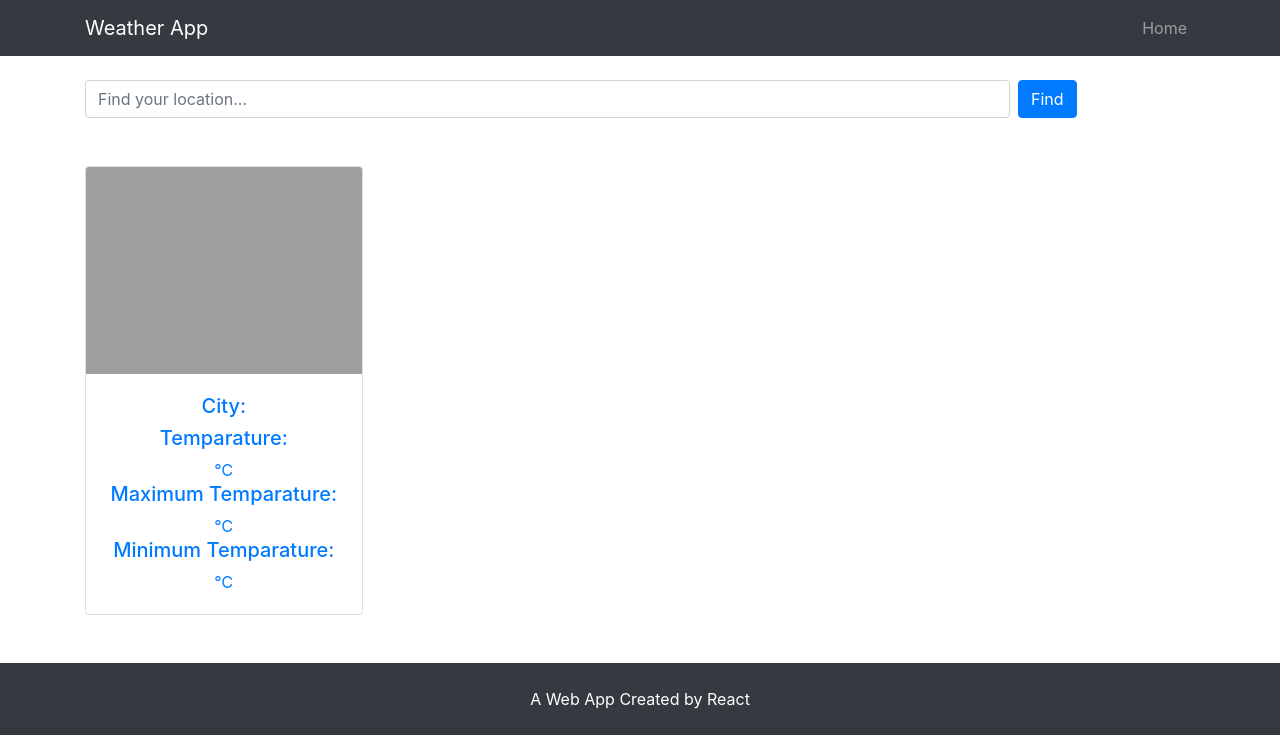
Repository: smk87/weather-app-react
Page: /
These files come from the project's save history. The page is drawn as it stood at one moment and after the next save; the edit follows.
The browser window is 1280 px wide. The pictures show the whole page.
Pictures or frames that could not be fetched are drawn as grey boxes. The page's requests for data from a server got no answer. Some web libraries are served in a nearby version. The project was rebuilt for these pictures with package versions that can differ from the ones it lists, and the page was loaded fresh each time. A package was used in the major version that the imports need, not the one package.json lists. No one was signed in, and anything a server would have sent is missing.

Above is the page before, as saved 2019-02-06 16:58:30.

### public/index.html
<!DOCTYPE html>
<html lang="en">
  <head>
    <meta charset="utf-8" />
    <link rel="shortcut icon" href="%PUBLIC_URL%/favicon.ico" />
    <meta
      name="viewport"
      content="width=device-width, initial-scale=1, shrink-to-fit=no"
    />
    <meta name="theme-color" content="#000000" />
    <!--
      manifest.json provides metadata used when your web app is added to the
      homescreen on Android. See https://developers.google.com/web/fundamentals/web-app-manifest/
    -->
    <link rel="manifest" href="%PUBLIC_URL%/manifest.json" />
    <link
      rel="stylesheet"
      href="https://stackpath.bootstrapcdn.com/bootstrap/4.2.1/css/bootstrap.min.css"
      integrity="sha384-GJzZqFGwb1QTTN6wy59ffF1BuGJpLSa9DkKMp0DgiMDm4iYMj70gZWKYbI706tWS"
      crossorigin="anonymous"
    />
    <script
      defer
      src="https://use.fontawesome.com/releases/v5.6.3/js/all.js"
      integrity="sha384-EIHISlAOj4zgYieurP0SdoiBYfGJKkgWedPHH4jCzpCXLmzVsw1ouK59MuUtP4a1"
      crossorigin="anonymous"
    ></script>
    <!--
      Notice the use of %PUBLIC_URL% in the tags above.
      It will be replaced with the URL of the `public` folder during the build.
      Only files inside the `public` folder can be referenced from the HTML.

      Unlike "/favicon.ico" or "favicon.ico", "%PUBLIC_URL%/favicon.ico" will
      work correctly both with client-side routing and a non-root public URL.
      Learn how to configure a non-root public URL by running `npm run build`.
    -->
    <title>React App</title>
  </head>
  <body>
    <noscript>You need to enable JavaScript to run this app.</noscript>
    <div id="root"></div>
    <!--
      This HTML file is a template.
      If you open it directly in the browser, you will see an empty page.

      You can add webfonts, meta tags, or analytics to this file.
      The build step will place the bundled scripts into the <body> tag.

      To begin the development, run `npm start` or `yarn start`.
      To create a production bundle, use `npm run build` or `yarn build`.
    -->

    <script
      src="https://code.jquery.com/jquery-3.3.1.slim.min.js"
      integrity="sha384-q8i/X+965DzO0rT7abK41JStQIAqVgRVzpbzo5smXKp4YfRvH+8abtTE1Pi6jizo"
      crossorigin="anonymous"
    ></script>
    <script
      src="https://cdnjs.cloudflare.com/ajax/libs/popper.js/1.14.6/umd/popper.min.js"
      integrity="sha384-wHAiFfRlMFy6i5SRaxvfOCifBUQy1xHdJ/yoi7FRNXMRBu5WHdZYu1hA6ZOblgut"
      crossorigin="anonymous"
    ></script>
    <script
      src="https://stackpath.bootstrapcdn.com/bootstrap/4.2.1/js/bootstrap.min.js"
      integrity="sha384-B0UglyR+jN6CkvvICOB2joaf5I4l3gm9GU6Hc1og6Ls7i6U/mkkaduKaBhlAXv9k"
      crossorigin="anonymous"
    ></script>
  </body>
</html>

### src/App.js
import React, { Component } from "react";
import { BrowserRouter as Router, Route, Switch } from "react-router-dom";
import logo from "./logo.svg";
import "./App.css";

//Import Layout Components
import NavBar from "./components/NavBar";
import Footer from "./components/Footer";
import Home from "./components/Home";

class App extends Component {
  render() {
    return (
      <Router>
        <div className="App">
          <NavBar />
          <Route exact path="/" component={Home} />
          <Footer />
        </div>
      </Router>
    );
  }
}

export default App;

### src/components/NavBar.js
import React, { Component } from "react";
import { Link } from "react-router-dom";

export default class NavBar extends Component {
  render() {
    return (
      <div>
        <nav className="navbar navbar-expand-sm navbar-dark bg-dark mb-4">
          <div className="container">
            <Link className="navbar-brand" to="/">
              Weather App
            </Link>
            <button
              className="navbar-toggler"
              type="button"
              data-toggle="collapse"
              data-target="#mobile-nav"
            >
              <span className="navbar-toggler-icon" />
            </button>

            <div className="collapse navbar-collapse" id="mobile-nav">
              <ul className="navbar-nav mr-auto" />
              <ul className="navbar-nav ml-auto">
                <li className="nav-item">
                  <Link className="nav-link" to="/">
                    Home
                  </Link>
                </li>
              </ul>
            </div>
          </div>
        </nav>
      </div>
    );
  }
}

### src/components/Footer.js
import React from "react";

export default function Footer() {
  return (
    <footer className="bg-dark text-white mt-5 p-4 text-center">
      A Web App Created by React
    </footer>
  );
}

### src/components/Home.js
import React, { Component } from "react";
import { Link } from "react-router-dom";
import Weather from "./Weather";

export default class Home extends Component {
  constructor() {
    super();

    this.state = {
      search: ""
    };
  }
  onChange = e => {
    this.setState({
      [e.target.name]: e.target.value
    });
  };
  onSubmit = e => {
    e.preventDefault();
    console.log(this.state);
  };

  render() {
    return (
      <div>
        <div className="container">
          <form onSubmit={this.onSubmit} action="#" className="form-inline">
            <input
              type="text"
              name="search"
              className="form-control col-md-10"
              placeholder="Find your location..."
              value={this.state.search}
              onChange={this.onChange}
            />
            <input
              type="submit"
              className="ml-2 btn btn-primary"
              value="Find"
            />
          </form>
          <Link to="/weather/:woeid">
            <Weather id="2344116" />
          </Link>
        </div>
      </div>
    );
  }
}

### src/components/Weather.js
import React, { Component } from "react";
import axios from "axios";

export default class Weather extends Component {
  constructor() {
    super();

    this.state = {
      cityname: "",
      id: "",
      temp: "",
      maxtemp: "",
      mintemp: "",
      icon: ""
    };
  }

  componentWillMount() {
    this.setState({ id: this.props.id });

    const url = `weather/weather.php?command=location&woeid=${this.props.id}`;
    console.log(url);
    axios
      .get(url) //Used proxy to connect with local wamp server
      .then(res => {
        console.log(res.data);
        this.setState({
          cityname: res.data.title,
          temp: res.data.consolidated_weather[0].the_temp.toPrecision(3),
          maxtemp: res.data.consolidated_weather[0].max_temp.toPrecision(3),
          mintemp: res.data.consolidated_weather[0].min_temp.toPrecision(3)
        });
      })
      .catch(err => console.log(err));
  }

  render() {
    return (
      <div className="mt-5 mr-2 h-50 w-25 card">
        <div>
          <img
            src="http://3.bp.blogspot.com/-9j20aNDWQFk/UQgZBMrATQI/AAAAAAAAlXM/b2d4T6ZvFbo/s1600/598.jpg"
            className="card-img-top"
            alt="..."
          />
        </div>
        <div className="card-body">
          <div className="card-text">
            <h5>City: </h5> {this.state.cityname}
          </div>
          <div className="card-text">
            <h5>Temparature: </h5> {this.state.temp}
            <span>&#8451;</span>
          </div>
          <div className="card-text">
            {" "}
            <h5>Maximum Temparature: </h5> {this.state.maxtemp}
            <span>&#8451;</span>
          </div>
          <div className="card-text">
            {" "}
            <h5>Minimum Temparature: </h5>
            {this.state.mintemp}
            <span>&#8451;</span>
          </div>
          <icon className="lr" />
        </div>
      </div>
    );
  }
}

Loaded but not shown: src/index.js (common file); src/index.css (common file); src/serviceWorker.js (common file); src/App.css (common file)

After the next save:
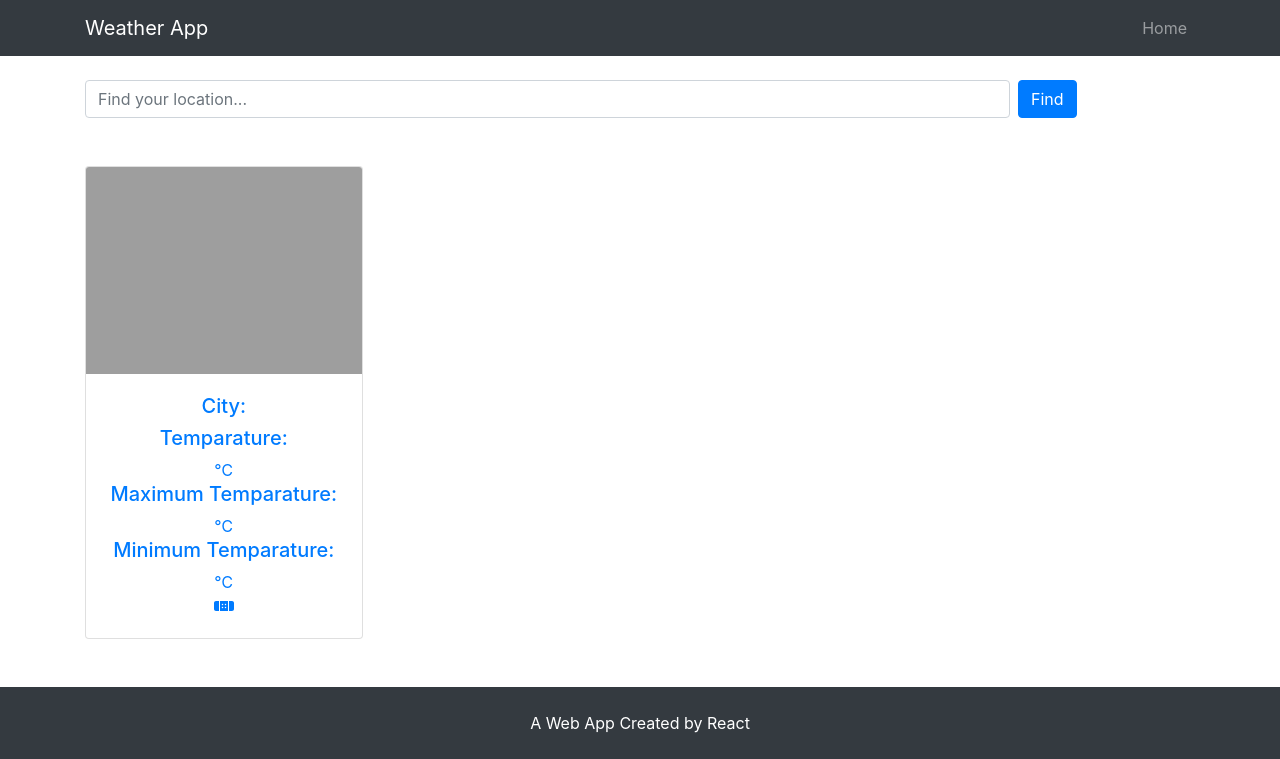
Saved 38 s later.
--- a/src/components/Weather.js
+++ b/src/components/Weather.js
@@ -63,7 +63,7 @@
             {this.state.mintemp}
             <span>&#8451;</span>
           </div>
-          <icon className="lr" />
+          <icon className="fas fa-band-aid" />
         </div>
       </div>
     );

After the save that followed:
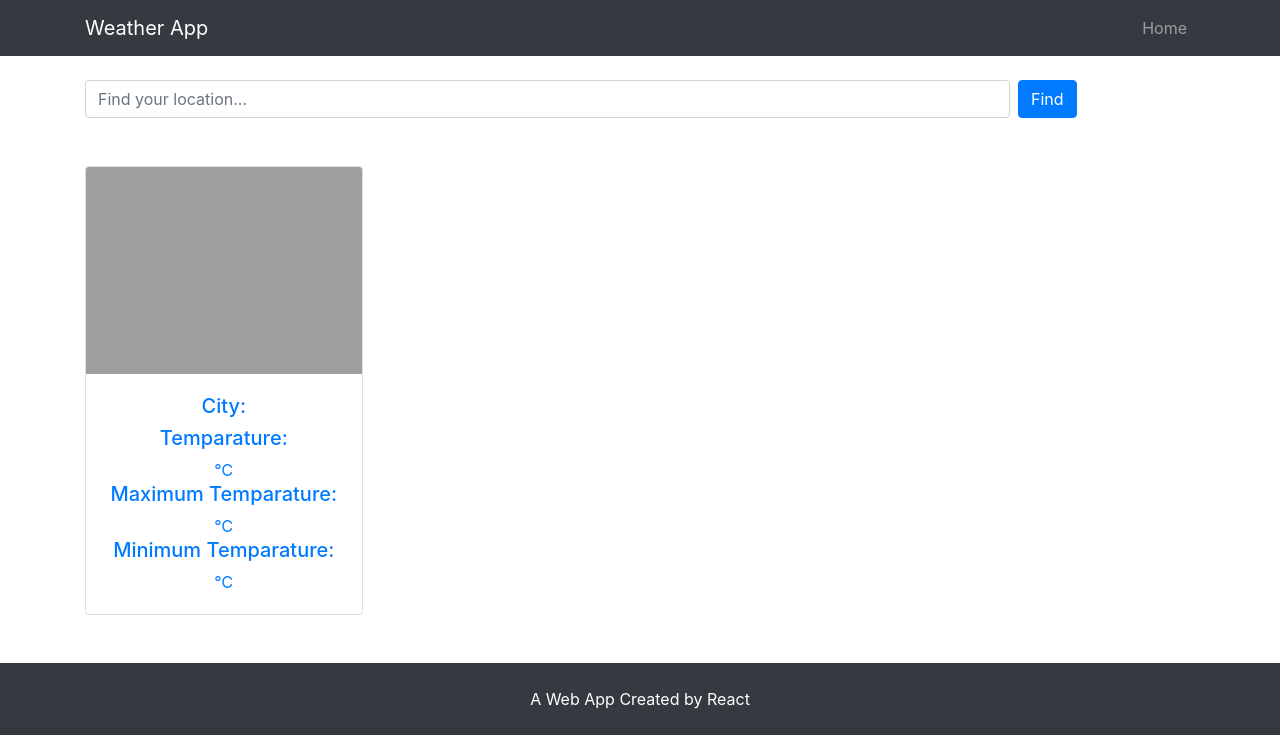
Saved 84 s later.
--- a/src/components/Weather.js
+++ b/src/components/Weather.js
@@ -63,7 +63,7 @@
             {this.state.mintemp}
             <span>&#8451;</span>
           </div>
-          <icon className="fas fa-band-aid" />
+          <icon src="/static/img/weather/ico/lr.ico	" />
         </div>
       </div>
     );
